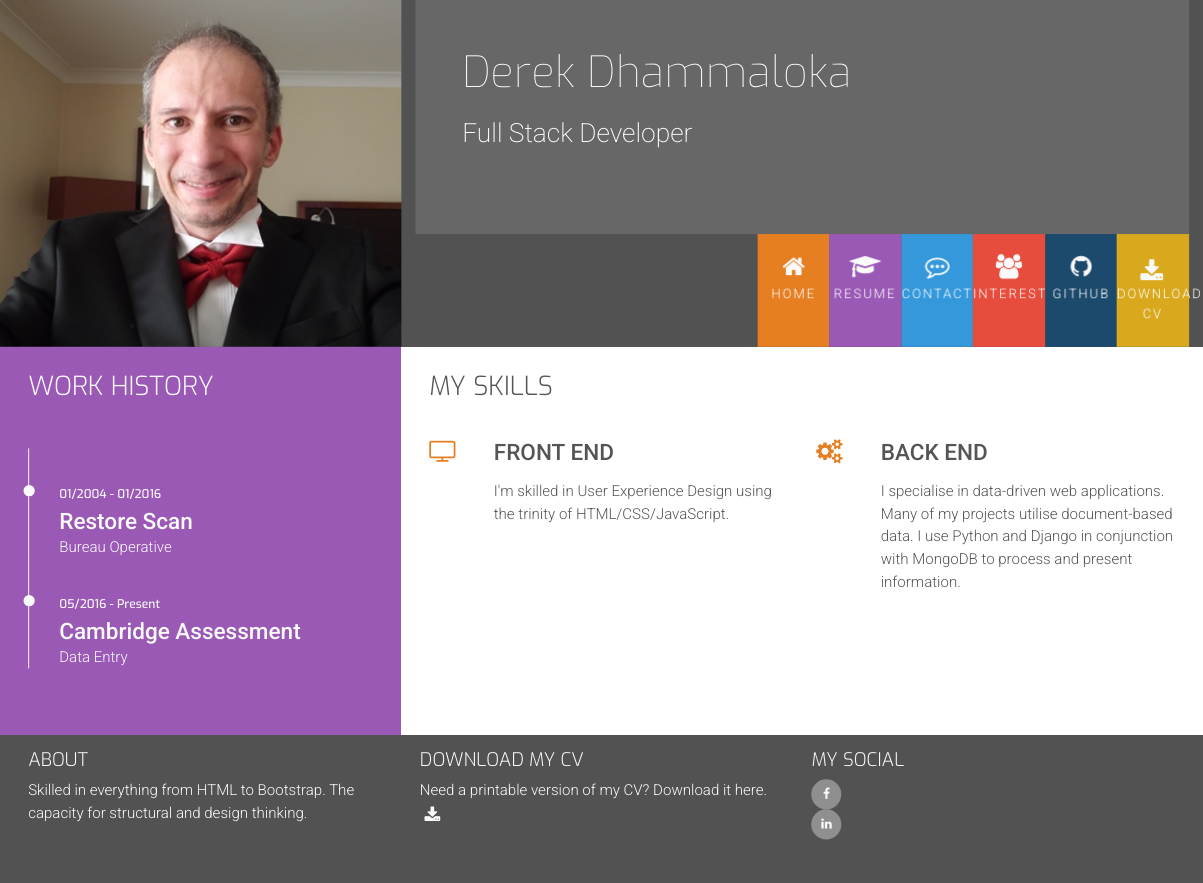
Repository: derektypist/derek-dhammaloka-cv
Page: resume.html
The author's editor kept a record of every edit. The page is drawn from the files as they stood at one moment, then again after the next edit.
The browser window is 1280 px wide. The pictures show the whole page, at 94% of full size.
Some web libraries are served in a nearby version.

Above is the page before.

### resume.html
<!DOCTYPE html>
<html>
    <head>
    <link rel="stylesheet" href="https://maxcdn.bootstrapcdn.com/bootstrap/4.3.1/css/bootstrap.min.css" integrity="sha384-ggOyR0iXCbMQv3Xipma34MD+dH/1fQ784/j6cY/iJTQUOhcWr7x9JvoRxT2MZw1T" crossorigin="anonymous">
    <link rel="stylesheet" href="https://maxcdn.bootstrapcdn.com/font-awesome/4.7.0/css/font-awesome.min.css" type="text/css" />
    <link rel="stylesheet" href="https://cdnjs.cloudflare.com/ajax/libs/hover.css/2.1.1/css/hover-min.css" type="text/css" />
    <link rel="stylesheet" href="assets/css/style.css" type="text/css" />
    <meta name="viewport" content="width=device-width, initial-scale=1">
    <title>Derek Dhammaloka CV - Resume</title>
    </head>
    <body>
       <header class="container-fluid">

            <div class="row">

                <a class="col-md-4 logo" href="index.html" title="Derek Dhammaloka Home Page"></a>

                <div class="col-md-8">

                    <div class="row no-gutters bg-color-name-title">
                        <div class="col heading">
                            <h1 class="name">Derek Dhammaloka</h1>
                            <h2 class="title">Full Stack Developer</h2>
                        </div>
                    </div>

                    <div class="row no-gutters">
                        <div class="col"></div>

                        <ul class="list-inline menucontainer" id="nav">

                            <li class="col-6 col-sm-2 ui-menu-color-home menuitem list-inline-item">

                                <a href="index.html" class="hvr-sweep-to-bottom"><i class="fa fa-home" aria-hidden="true"></i><span>Home</span></a>

                            </li>

                            <li class="col-6 col-sm-2 ui-menu-color-resume menuitem list-inline-item">

                                <a href="resume.html" class="hvr-sweep-to-bottom"><i class="fa fa-graduation-cap" aria-hidden="true"></i><span>Resume</span></a>

                            </li>

                            <li class="col-6 col-sm-2 ui-menu-color-contact menuitem list-inline-item">

                                <a href="contact.html" class="hvr-sweep-to-bottom"><i class="fa fa-commenting-o" aria-hidden="true"></i><span>Contact</span></a>

                            </li>

                            <li class="col-6 col-sm-2 ui-menu-color-interests menuitem list-inline-item">
                                <a href="interests.html" class="hvr-sweep-to-bottom"><i class="fa fa-users" aria-hidden="true "></i><span>Interests</span></a>
                            </li>

                            <li class="col-6 col-sm-2 ui-menu-color-github menuitem list-inline-item">
                                <a href="github.html" class="hvr-sweep-to-bottom"><i class="fa fa-github" aria-hidden="true "></i><span>GitHub</span></a>
                            </li>

                            <li class="col-6 col-sm-2 ui-menu-color-download menuitem list-inline-item">

                                <a href="assets/cv/derekdhammaloka-cv.pdf" target="_blank" class="hvr-sweep-to-bottom"><span><i class="fa fa-download" aria-hidden="true"></i>Download CV</span></a>

                            </li>

                        </ul>

                    </div>

                </div>

            </div>

        </header>

         <section class="container-fluid">
            <div class="row">
                <div class="col-md-4 bg-color-work-history section-column">
                    <div class="row">
                        <div class="col-12">
                            <h3 class="history-heading uppercase">Work History</h3>
                        </div>
                    </div>
                    <div class="history-items">
                       <div class="timeline-item" dates="01/2004 - 01/2016">
                       <h4>Restore Scan</h4>
                       <p>Bureau Operative</p>
                   </div>
                   <div class="timeline-item" dates="05/2016 - Present">
                       <h4>Cambridge Assessment</h4>
                       <p>Data Entry</p>
                   </div>
                   </div>
                </div>
                <div class="col-md-8 bg-color-three-reasons section-column">
                    <div class="row">
                        <div class="col">
                            <h3 class="section-heading uppercase">My Skills</h3>
                        </div>
                    </div>
                    <div class="row">
                        <div class="col-10 offset-1 offset-sm-0 col-sm-4 col-md-6">
                            <div class="row">
                                <div class="col-2">
                                    <i class="three-reasons-icons fa fa-tv" aria-hidden="true"></i>
                                </div>
                                <div class="col-10">
                                    <h4 class="three-reasons-heading uppercase">Front End</h4>
                                    <p>
                                        I'm skilled in User Experience Design using the trinity of HTML/CSS/JavaScript.
                                    </p>
                                </div>
                            </div>
                        </div>
                        <div class="col-10 offset-1 offset-sm-0 col-sm-4 col-md-6">
                                <div class="row">
                                    <div class="col-2">
                                        <i class="three-reasons-icons fa fa-gears" aria-hidden="true"></i>
                                    </div>
                                    <div class="col-10">
                                        <h4 class="three-reasons-heading uppercase">Back End</h4>
                                        <p>
                                            I specialise in data-driven web applications.
                                            Many of my projects utilise document-based data. I use Python and Django
                                            in conjunction with MongoDB to process and present information.
                                        </p>
                                    </div>
                                </div>
                            </div>
                    </div>
                    <div class="row progress-section">
                        <div class="progress">
                            <div class="progress-bar" role="progressbar" aria-valuenow="90" aria-valuemin="0" aria-valuemax="100" style="width: 90%">
                                <span class="sr-only"> 90% complete</span>
                            </div>
                            <span class="progress-type">HTML / HTML5</span>
                        </div>
                        <div class="progress">
                            <div class="progress-bar progress-bar-success" role="progressbar" aria-valuenow="80" aria-valuemin="0" aria-valuemax="100" style="width: 80%">
                                <span class="sr-only"> 80% complete</span>
                            </div>
                            <span class="progress-type">CSS / CSS3</span>
                        </div>
                        <div class="progress">
                            <div class="progress-bar progress-bar-info" role="progressbar" aria-valuenow="70" aria-valuemin="0" aria-valuemax="100" style="width: 70%">
                                <span class="sr-only"> 70% complete</span>
                            </div>
                            <span class="progress-type">JavaScript / jQuery</span>
                        </div>
                        <div class="progress">
                            <div class="progress-bar progress-bar-warning" role="progressbar" aria-valuenow="80" aria-valuemin="0" aria-valuemax="100" style="width: 80%">
                                <span class="sr-only"> 80% complete</span>
                            </div>
                            <span class="progress-type">Python / Django</span>
                        </div>
                        <div class="progress">
                            <div class="progress-bar progress-bar-danger" role="progressbar" aria-valuenow="80" aria-valuemin="0" aria-valuemax="100" style="width: 80%">
                                <span class="sr-only"> 80% complete</span>
                            </div>
                            <span class="progress-type">SQL / NoSQL</span>
                        </div>
                    </div>
                </div>
            </div>
        </section>

        <footer class="container-fluid">
        <div class="row" id="footer-details">
            <div class="col-sm-4">
                <h5 class="uppercase general-sub">About</h5>
                <p class="inline-block">
                    Skilled in everything from HTML to Bootstrap.
                    The capacity for structural and design thinking.

                </p>
            </div>

            <div class="col-sm-4">
                <h5 class="uppercase general-sub">Download My CV</h5>
                <p class="inline-block">
                    Need a printable version of my CV?  Download it here.
                <a href="assets/cv/derekdhammaloka-cv.pdf" target="_blank" class="cv-pdf"><i class="fa fa-download" aria-hidden="true"></i></a>
                </p>

            </div>

            <div class="col-sm-4">
                <h5 class="uppercase general-sub">My Social</h5>
                <ul class="list-inline social-links">
                    <li><a target="_blank" href="https://www.facebook.com/derek.dhammaloka"><i class="fa fa-facebook"></i></a></li>
                    <li><a target="_blank" href="https://www.linkedin.com/in/derekdhammaloka"><i class="fa fa-linkedin"></i></a></li>
                </ul>

            </div>
        </div>
    </footer>
    </body>
</html>

### assets/css/style.css
@import url('https://fonts.googleapis.com/css?family=Roboto:100,200,300,400,500,600,700|Exo:100,200,300,400,500,600,700');


/* Colors */

.bg-color-name-title {
    background-color: #676767;
}

.bg-color-three-reasons {
    background-color: #ffffff;
}

.ui-menu-color-home {

    background-color: #e67e22;

}


.ui-menu-color-resume {

    background-color: #9b59b6;

}



.ui-menu-color-contact {

    background-color: #3498db;

}


.ui-menu-color-download {

    background-color: #d9a81d;

}

.ui-menu-color-github {
    background-color: #1c4a6c;
}

.ui-menu-color-interests {
    background-color: #e74c3c;
}

.bg-color-personal-info {
    background-color: #f4f4f4;
}

.bg-color-work-history {
    background-color: #9b59b6;
}

.bg-color-contact {
    background-color: #ffffff;
}

.bg-color-conferences {

    background-color: #f4f4f4;

}


.bg-color-groups {

    background-color: #ffffff;

}

body {
    font-family: "Roboto", Arial, Verdana, sans-serif;
    font-weight: 300;
    background-color: #525252;
    color: #555555;
}

.section-column {
    display: table-cell;
    padding: 0 30px 30px;
    float: none;
}


/* Special Padding/Margins/Text */

h1, h2, h3, h4 {
    margin: 0;
}

.uppercase {
    text-transform: uppercase;
}

.general-sub {
    font-family: "Exo", Arial, Verdana, sans-serif;
    font-weight: 300;
    color: #fafafa;
}

.inline-block {
    display: inline-block;
}

.row-table {
    display: table;
}

.history-heading, .section-heading {
    font-family: "Exo", Arial, Verdana, sans-serif;
    font-weight: 300;
    margin-top: 25px;
    margin-bottom: 40px;
}

.text-center {
    text-align: center;
}

/* Heading */

header {
    margin: 0;
}



.heading {
    margin-left: 50px;
}


.logo {

    background: url("../images/derek.jpg");

    background-position: center;

    background-repeat: no-repeat;

    background-size: cover;

    min-height: 360px;


    transition: all .5s ease-in-out;

    -moz-transition: all .5s ease-in-out;
    -webkit-transition: all .5s ease-in-out;
    -o-transition: all .5s ease-in-out;

}

.name {
    font-family: "Exo", Arial, Verdana, sans-serif;
    font-weight: 100;
    font-size: 46px;
    margin-top: 50px;
    color: #ffffff;
}

.title {
    font-family: "Roboto", Arial, Verdana, sans-serif;
    font-weight: 200;
    font-size: 28px;
    margin-top: 20px;
    margin-bottom: 90px;
    color: #fff;
}

.list-inline-item:not(:last-child) {
    margin: 0;
}


.menucontainer {

    font-size: 0;

}
#nav {
    margin: 0;
}

#nav li {
    font-size: 14px;
    padding: 0;
}

.menuitem {
    height: 120px;
    text-align: center;
    padding: 0;
}

.menuitem a {
    width: 100%;
    text-decoration: none;
    color: #fff;
    height: 120px;
}

.menuitem a i {
    padding-top: 22px;
    display: block;
    color: #fafafa;
    font-size: 26px;
}

.menuitem span {
    display: block;
    width: 100%;
    padding-top: 5px;
    text-align: center;
    text-transform: uppercase;
    font-size: 14px;
    font-weight: 300;
    letter-spacing: 2px;
}

/* Hover.css */

.hvr-sweep-to-bottom:before {
    background: rgb(0, 0, 0);
    background: rgba(0, 0, 0, 0.2);
    height: 120px;
}

/* Footer */
footer {
    background-color: #525252;
    color: #fafafa;
    min-height: 120px;
    margin: 0;
}

footer .cv-pdf {
    color: #fafafa;
    text-align: center;
    font-size: 18px;
    padding-left: 5px;
}

footer .cv-pdf i:hover {
    color: #e84610;
    transition: all 0.35s ease-in-out;
    -moz-transition: all 0.35s ease-in-out;
    -webkit-transition: all 0.35s ease-in-out;
    -o-transition: all 0.35s ease-in-out;
}

.social-links {
    padding-bottom: 15px;
}

.social-links li a i {
    width: 32px;
    height: 32px;
    padding: 12px 0px;
    border-radius: 50%;
    font-size: 13px;
    line-height: 7px;
    text-align: center;
    color: #fafafa;
    background: #8f8f8f;
    transition: all 0.35s ease-in-out;
    -moz-transition: all 0.35s ease-in-out;
    -webkit-transition: all 0.35s ease-in-out;
    -o-transition: all 0.35s ease-in-out;

}

.social-links li a i:hover {
    background: #e84610;

}

#footer-details {
    padding: 15px;
}

/* Three Reasons */

.three-reasons-icons {
    font-size: 26px;
    color: #e67e22;
}

.three-reasons-heading {
    margin-bottom: 15px;
}

/* Personal Info */

.personal-info-item {
    margin-bottom: 20px;
    display: block;
    clear: both;
}



.personal-info-item .key, .personal-info-item .value {
    padding-right: 8px;
}

.personal-info-item .key p, .personal-info-item .value p {
    margin: 0;
}

.personal-info-item .key {
    display: inline-block;
    width: 30%;
    margin-right: 21px;
    padding-top: 2px;
    vertical-align: top;
}

.personal-info-item .key p {
    font-family: "Roboto", Arial, Verdana, sans-serif;
    font-weight: 700;

}

.personal-info-item .value {
    display: inline-block;
    position: relative;
    width: 60%;
}

/* Skills */

.progress {
    position: relative;
    height: 25px;
}

.progress-type {
    position: absolute;
    left: 0px;
    font-weight: 400;
    padding: 3px 30px 2px 10px;
    color: #fafafa;
    background-color: rgb(25, 25, 25);
    background-color: rgba(25, 25, 25, 0.2);
}

.progress-section {
    margin: 40px 20px;
}

/* Work History */

.timeline-item {
    padding: 4em 2em 0em 2em;
    position: relative;
    color: #fafafa;
    border-left: 1px solid;
}

.timeline-item p {
    padding: 0;
    margin: 0;
}

.timeline-item::before {
    content: attr(dates);
    position: absolute;
    left: 2.5em;
    top: 3em;
    display: block;
    font-family: "Exo", Arial, Verdana, sans-serif;
    font-weight: 500;
    font-size: .8em;
    padding: 0;
    margin: 0;
}

.timeline-item::after {
    width: 12px;
    height: 12px;
    display: block;
    top: 2.4em;
    position: absolute;
    left: -6px;
    border-radius: 12px;
    content: '';
    background: #fafafa;
}

.history-heading {
    color: #fafafa;
    margin-bottom: 50px;
}

.history-items {
    margin-bottom: 30px;
}

/* Interests */
.interest-links {
    text-decoration: none;
    color: #3498db;
}

.interest-links:hover {
    color: #e67e22;
}


/* Contact */

.contact-heading {
    font-family: "Exo", Arial, Verdana, sans-serif;
    font-weight: 300;
    margin-top: 25px;
    margin-bottom: 20px;
}

.center-form {
    padding-top: 10px;
    margin: 0 auto;
    max-width: 70%;
}

button[type="submit"] {
    margin-top: 15px;
    margin-bottom: 20px;
    background-color: #e84610;
    color: #fafafa;
}

/* Media Queries */

@media (min-width: 992px) {
    .section-column {
        padding: 0 30px 30px;
        float: none;
        display: table-cell;
    }

    .center-form {
    padding-top: 30px;
    min-height: 240px;
    margin: 0 auto;
    max-width: 50%;
}

}

/* Maps */
div#map {
    min-height: 360px;

}

After the next edit:
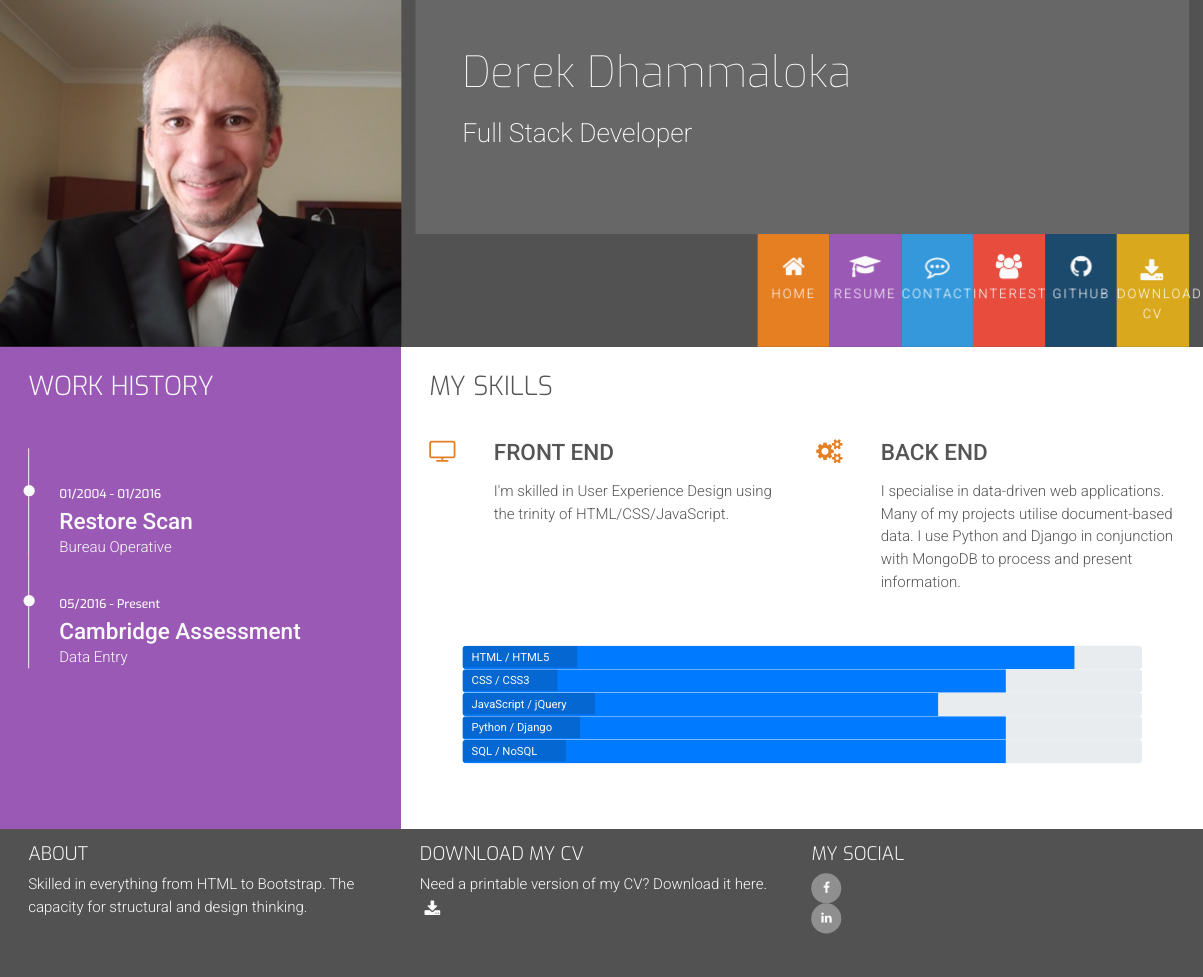
The edit:
--- a/resume.html
+++ b/resume.html
@@ -127,6 +127,7 @@
                             </div>
                     </div>
                     <div class="row progress-section">
+                        <div class="col">
                         <div class="progress">
                             <div class="progress-bar" role="progressbar" aria-valuenow="90" aria-valuemin="0" aria-valuemax="100" style="width: 90%">
                                 <span class="sr-only"> 90% complete</span>
